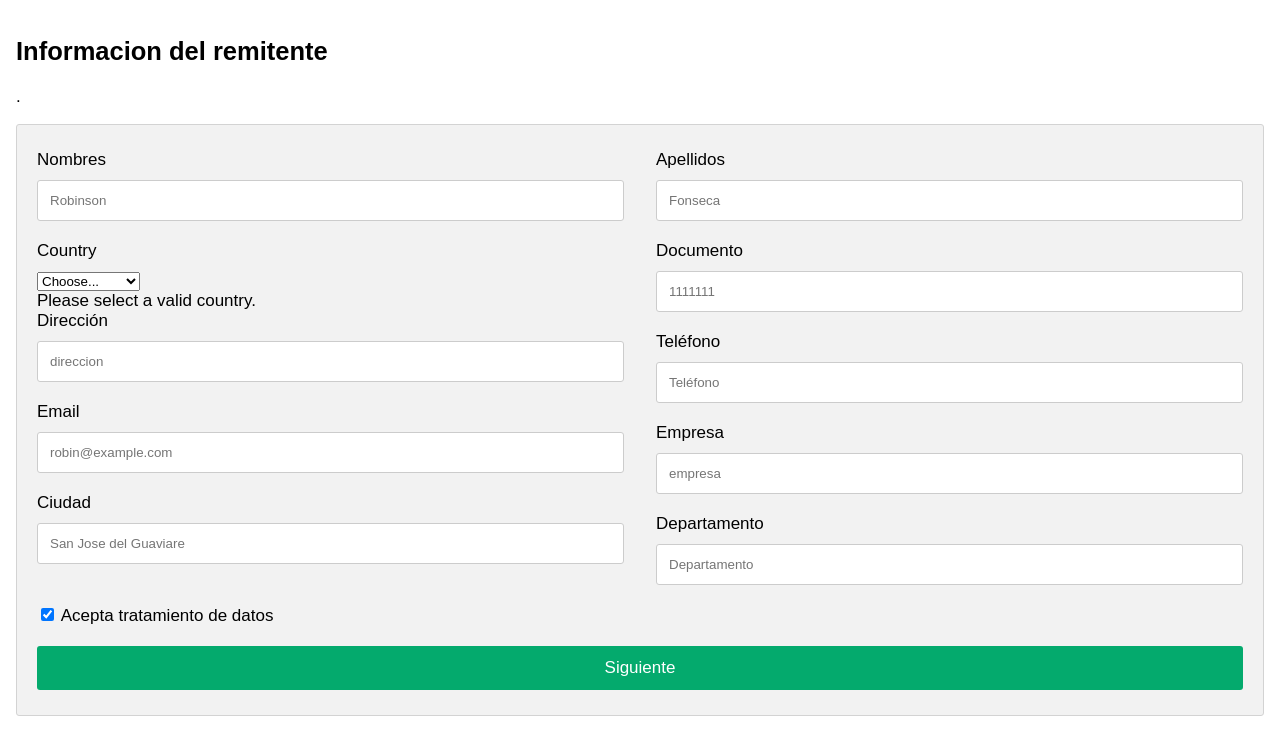
Repository: SennovaFluvial/Trasnfluvial
Page: appFluvial/templates/card1.html
An editor plug-in stored every save of this project. The page is shown before and after the next save, followed by the edit.
The browser window is 1280 px wide. The pictures show the whole page.
The template is drawn by Django 3.2. The application's start-up code is not run. Other server files are loaded and not shown. The template is opened directly, without the code that normally fills it, so the values that code supplies are empty.

Above is the page before, as saved 2023-10-18 20:29:13.

### appFluvial/templates/card1.html
<!DOCTYPE html>
<html>
<head>
<meta name="viewport" content="width=device-width, initial-scale=1">
<!--link rel="stylesheet" href="https://cdnjs.cloudflare.com/ajax/libs/font-awesome/4.7.0/css/font-awesome.min.css"-->
<style>
body {
  font-family: Arial;
  font-size: 17px;
  padding: 8px;
}

* {
  box-sizing: border-box;
}

.row {
  display: -ms-flexbox; /* IE10 */
  display: flex;
  -ms-flex-wrap: wrap; /* IE10 */
  flex-wrap: wrap;
  margin: 0 -16px;
}

.col-25 {
  -ms-flex: 25%; /* IE10 */
  flex: 25%;
}

.col-50 {
  -ms-flex: 50%; /* IE10 */
  flex: 50%;
}

.col-75 {
  -ms-flex: 75%; /* IE10 */
  flex: 75%;
}

.col-25,
.col-50,
.col-75 {
  padding: 0 16px;
}

.container {
  background-color: #f2f2f2;
  padding: 5px 20px 15px 20px;
  border: 1px solid lightgrey;
  border-radius: 3px;
}

input[type=text] {
  width: 100%;
  margin-bottom: 20px;
  padding: 12px;
  border: 1px solid #ccc;
  border-radius: 3px;
}

label {
  margin-bottom: 10px;
  display: block;
}

.icon-container {
  margin-bottom: 20px;
  padding: 7px 0;
  font-size: 24px;
}

.btn {
  background-color: #04AA6D;
  color: white;
  padding: 12px;
  margin: 10px 0;
  border: none;
  width: 100%;
  border-radius: 3px;
  cursor: pointer;
  font-size: 17px;
}

.btn:hover {
  background-color: #45a049;
}

a {
  color: #2196F3;
}

hr {
  border: 1px solid lightgrey;
}

span.price {
  float: right;
  color: grey;
}

/* Responsive layout - when the screen is less than 800px wide, make the two columns stack on top of each other instead of next to each other (also change the direction - make the "cart" column go on top) */
@media (max-width: 800px) {
  .row {
    flex-direction: column-reverse;
  }
  .col-25 {
    margin-bottom: 20px;
  }
}
</style>
</head>
<body>

<h2>Informacion del remitente</h2>
<p>.</p>
<div class="row">
  <div class="col-75">
    <div class="container">
      <form action="/action_page.php">

        <div class="row">
          <div class="col-50">
            <h3>  </h3>
            <label for="fname"><i class="fa fa-user"></i> Nombres</label>
            <input type="text" id="fname" name="firstname" placeholder="Robinson">
            <!--div class="col-md-5 mb-3">
                <label for="tipodocumento">Tipo documento</label>
                <select class="custom-select d-block w-100" id="tipodocumento" required="">
                  <option value="">Seleccione...</option>
                  <option>CC</option>
                  <option>CE</option>
                  <option>Pasaporte</option>
                </select>
                <div class="invalid-feedback">
                  Por favor seleccione un tipo de documento
                </div>
            </div-->
            <div class="col-md-5 mb-3">
              <label for="country">Country</label>
              <select class="custom-select d-block w-100" id="country" required="">
                <option value="">Choose...</option>
                <option>United States</option>
              </select>
              <div class="invalid-feedback">
                Please select a valid country.
              </div>
            </div>
            <label for="adr"><i class="fa fa-address-card-o"></i> Dirección</label>
            <input type="text" id="adr" name="address" placeholder="direccion">
            <label for="email"><i class="fa fa-envelope"></i> Email</label>
            <input type="text" id="email" name="email" placeholder="robin@example.com">
            <label for="city"><i class="fa fa-institution"></i> Ciudad</label>
            <input type="text" id="city" name="city" placeholder="San Jose del Guaviare">

            <!--div class="row">
              <div class="col-50">
                <label for="state">State</label>
                <input type="text" id="state" name="state" placeholder="NY">
              </div>
              <div class="col-50">
                <label for="zip">Zip</label>
                <input type="text" id="zip" name="zip" placeholder="10001">
              </div>
            </div-->
          </div>

          <div class="col-50">
            <h3>  </h3>
            <label for="apellidos">Apellidos</label>
            <input type="text" id="apellidos" name="apellidos" placeholder="Fonseca">
            <label for="documento">Documento</label>
            <input type="text" id="documento" name="documento" placeholder="1111111">
            <label for="telefono">Teléfono</label>
            <input type="text" id="telefono" name="telefono" placeholder="Teléfono">
            <label for="empresa">Empresa</label>
            <input type="text" id="empresa" name="empresa" placeholder="empresa">
            <label for="dep">Departamento</label>
            <input type="text" id="dep" name="departamento" placeholder="Departamento">
            <!--div class="row">
              <div class="col-50">
                <label for="expyear">Exp Year</label>
                <input type="text" id="expyear" name="expyear" placeholder="2018">
              </div>
              <div class="col-50">
                <label for="cvv">CVV</label>
                <input type="text" id="cvv" name="cvv" placeholder="352">
              </div>
            </div-->
          </div>

        </div>
        <label>
          <input type="checkbox" checked="checked" name="sameadr"> Acepta tratamiento de datos
        </label>
        <input type="submit" value="Siguiente" class="btn small">
      </form>
    </div>
  </div>
  <!--div class="col-25">
    <div class="container">
      <h4>Cart <span class="price" style="color:black"><i class="fa fa-shopping-cart"></i> <b>4</b></span></h4>
      <p><a href="#">Product 1</a> <span class="price">$15</span></p>
      <p><a href="#">Product 2</a> <span class="price">$5</span></p>
      <p><a href="#">Product 3</a> <span class="price">$8</span></p>
      <p><a href="#">Product 4</a> <span class="price">$2</span></p>
      <hr>
      <p>Total <span class="price" style="color:black"><b>$30</b></span></p>
    </div>
  </div-->
</div>

</body>
</html>

After the next save:
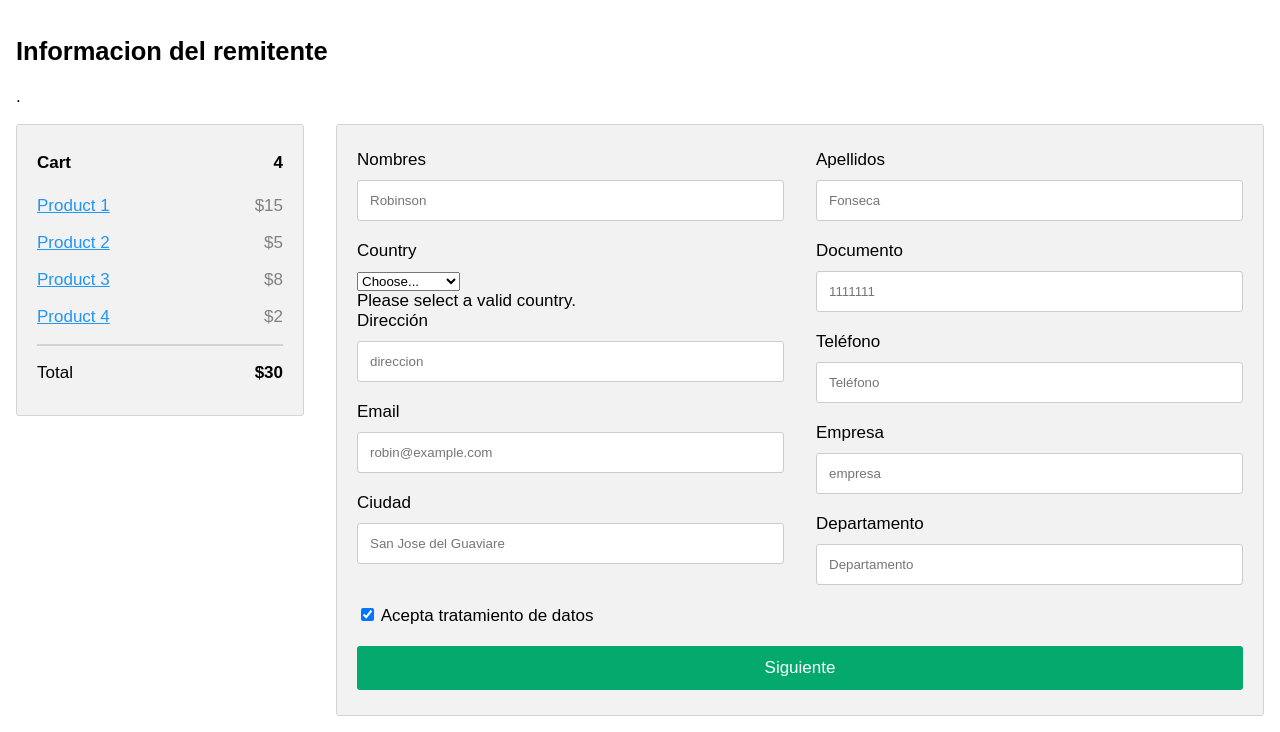
Saved 5 min 52 s later.
--- a/appFluvial/templates/card1.html
+++ b/appFluvial/templates/card1.html
@@ -114,6 +114,20 @@ span.price {
 <h2>Informacion del remitente</h2>
 <p>.</p>
 <div class="row">
+
+  <div class="col-25">
+    <div class="container">
+      <h4>Cart <span class="price" style="color:black"><i class="fa fa-shopping-cart"></i> <b>4</b></span></h4>
+      <p><a href="#">Product 1</a> <span class="price">$15</span></p>
+      <p><a href="#">Product 2</a> <span class="price">$5</span></p>
+      <p><a href="#">Product 3</a> <span class="price">$8</span></p>
+      <p><a href="#">Product 4</a> <span class="price">$2</span></p>
+      <hr>
+      <p>Total <span class="price" style="color:black"><b>$30</b></span></p>
+    </div>
+  </div>
+
+
   <div class="col-75">
     <div class="container">
       <form action="/action_page.php">
